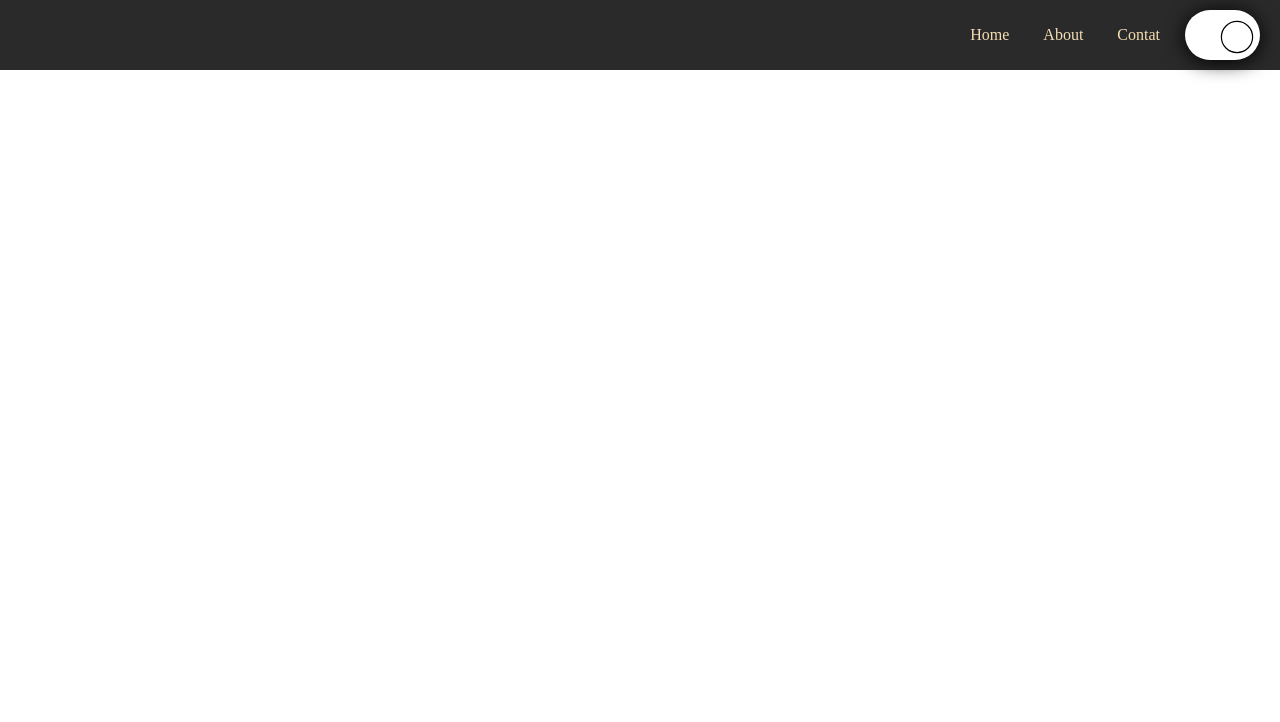
Repository: imokha01/toggleNavBar
Page: index.html
An editor plug-in stored every save of this project. The page is shown before and after a run of saves, followed by the edit.
The browser window is 1280 px wide. The pictures show the whole page.
The first `.checkbox` is checked.

Above is the page before, as saved 2023-12-27 00:19:27.

### index.html
<!DOCTYPE html>
<html lang="en">
<head>
    <meta charset="UTF-8">
    <meta name="viewport" content="width=device-width, initial-scale=1.0">
    <title>Toggle Nav Bar</title>
    <link rel="stylesheet" href="style.css">
</head>
<body>
    <header class="header">
        <div class="header__content">
            <nav class="header__content__navbar">
                <li class="header__content__navbar__list">
                    <a href="#" class="header__content__navbar__link">Home</a>
                </li>
                <li class="header__content__navbar__list">
                    <a href="#" class="header__content__navbar__link">About</a>
                </li>
                <li class="header__content__navbar__list">
                    <a href="#" class="header__content__navbar__link">Contat</a>
                </li>
            </nav>
            <input type="checkbox" class="checkbox toggle-triger">
        </div>
    </header>
    <div class="main-body"></div>
</body>
</html>

### style.css
*{
    margin: 0;
    padding: 0;
    box-sizing: border-box;
}

.header {
    background: #2a2a2a;
    /* height: 70px; */

}


.header__content__navbar__list {
    display: inline-block;
    list-style-type: none;
}

.header__content__navbar__link{
    color: wheat;
    text-decoration: none;
    padding: 15px;
}

.header__content {
    display: flex;
    justify-content: end;
    align-items: center;
    padding: 10px 20px;
    gap: 10px;
}

.checkbox {
    width: 75px;
    height:50px;
    border-radius: 60px;
    background-color: #0000;
    appearance: none;
    box-shadow: 0 2px 20px black ;
    position: relative;
    outline: none;
    cursor: pointer;
    transition: .5s;
}

.checkbox::before {
    height: 50px;
    width: 50px;
    position: absolute;
    top: 0;
    left: 0;
    content: "";
    background-color: #000;
    border-radius: 60px;
    transform: scale(0.6);
    transition: .5s;
}

.checkbox::after {
    content: "";
    width: 100vw;
    height: 98.9vh;
    background-color: #2a2a2a;
    transition: .5s;
    position: absolute;
    right: -20px;
    z-index: -1;
}

.checkbox:checked{
    background-color: #fff;
    box-shadow: inset 0 2px 60px rgba(0, 0, 0, 0.1),
                inset 0 2px 8px rgba(0, 0, 0, 0.1)
                inset 0 -4px 4px rgba(0, 0, 0, 0.05);
}

.checkbox:checked::before{
    left: 25px;
    background-color: #fff;
    border: 2px solid black;
    box-shadow: ;

}


.checkbox:checked::after {
    background-color: #fff;
}

After the next 6 saves:
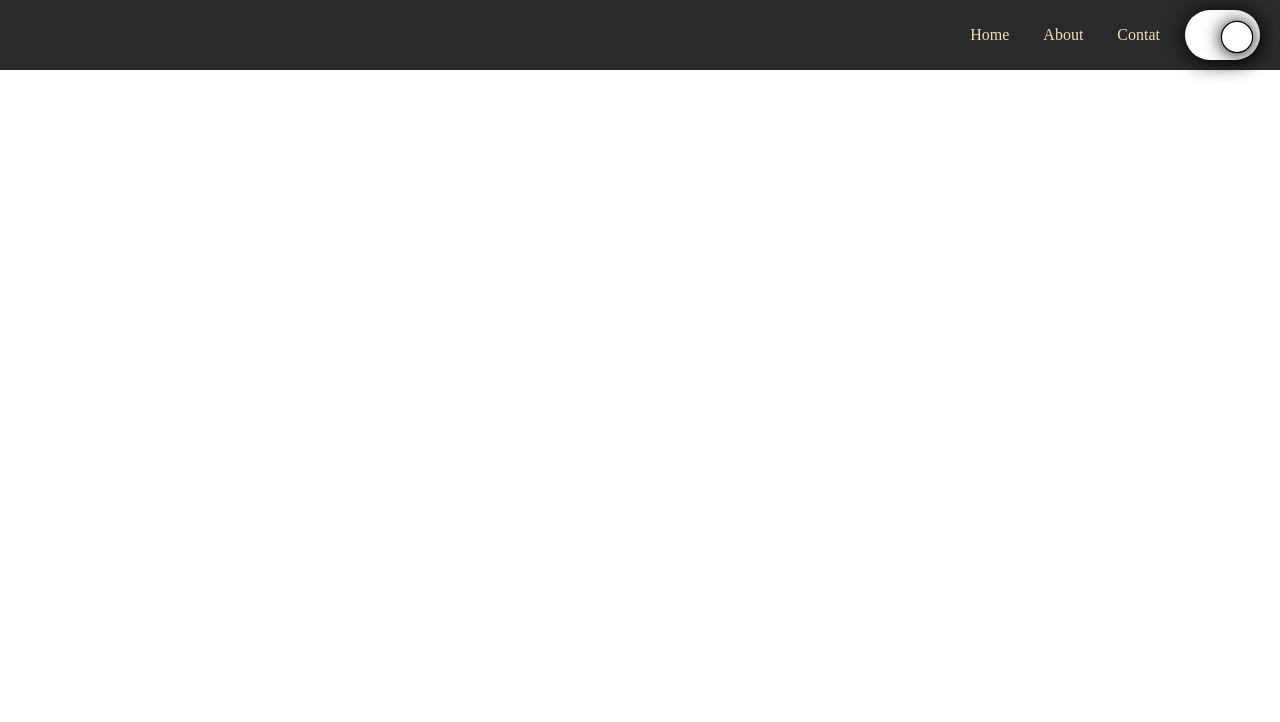
The 6 saves are shown as one change because they came seconds apart.
The last was saved 19 s later.
--- a/style.css
+++ b/style.css
@@ -78,7 +78,7 @@
     left: 25px;
     background-color: #fff;
     border: 2px solid black;
-    box-shadow: ;
+    box-shadow: 0 2px 30px black;
 
 }
 
